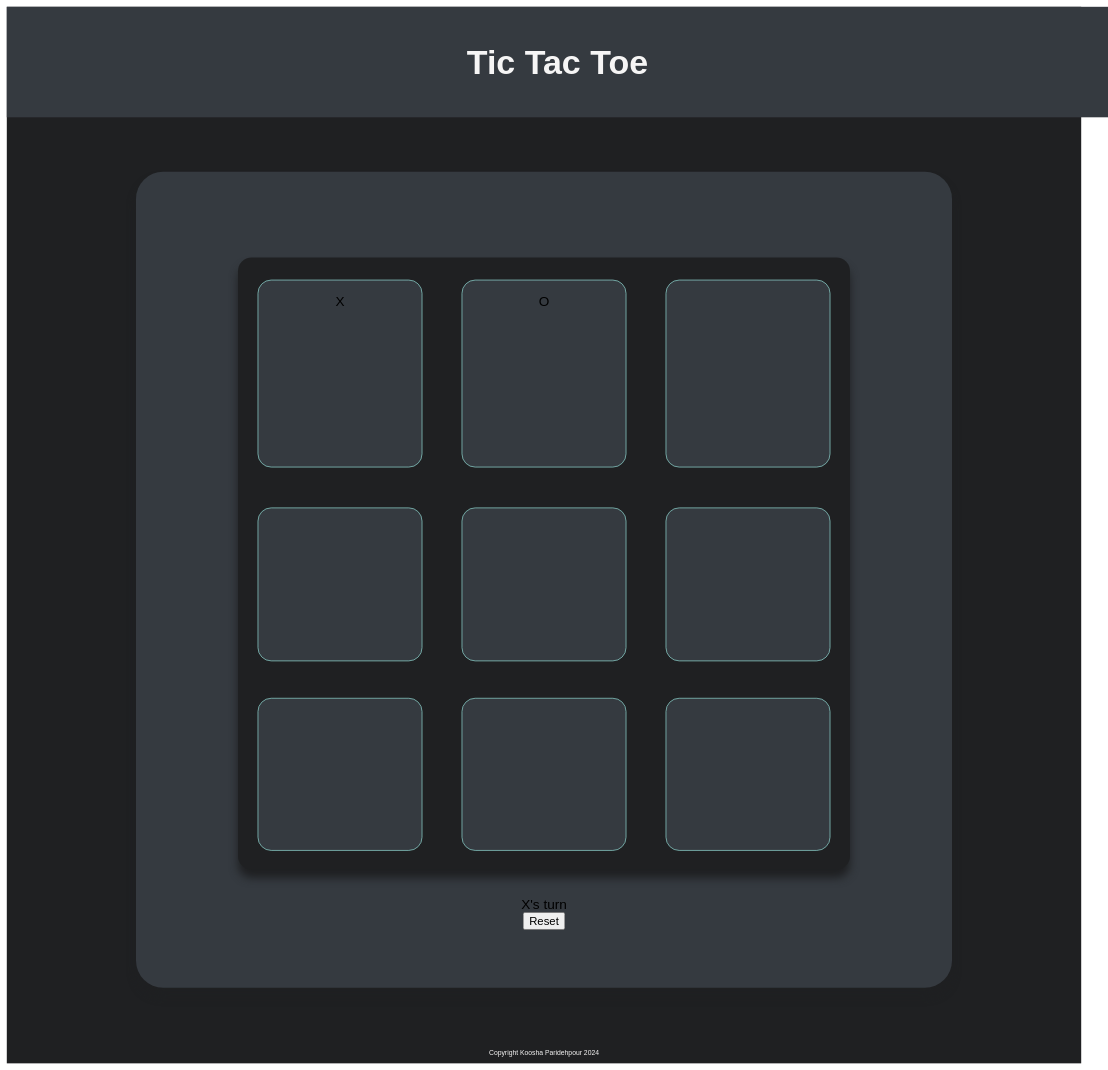
Repository: KooshaPari/odin-TTT
Page: index.html
An editor plug-in stored every save of this project. The page is shown before and after a run of saves, followed by the edit.
The browser window is 1280 px wide. The page is 1304 px wide, so the pictures cover 1304 px, including what lies to the right of the window. The pictures show the whole page, at 85% of full size.

Above is the page before, as saved 2024-03-14 22:57:12.

### index.html
<!doctype html>
<html lang="en">
  <head>
    <meta charset="UTF-8" />

    <link rel="stylesheet" href="./style.css" />
    <meta name="viewport" content="width=device-width, initial-scale=1.0" />
    <title>Document</title>
  </head>
  <body>
    <div id="parent">
      <div id="header">
        <h1>Tic Tac Toe</h1>
      </div>
      <div id="body">
        <div id="game">
          <div id="board">
            <div class="square" id="0"><p>X</p></div>
            <div class="square" id="1"><p>O</p></div>
            <div class="square" id="2"></div>
            <div class="square" id="3"></div>
            <div class="square" id="4"></div>
            <div class="square" id="5"></div>
            <div class="square" id="6"></div>
            <div class="square" id="7"></div>
            <div class="square" id="8"></div>
          </div>
          <div id="status">X's turn</div>
          <button id="reset">Reset</button>
        </div>
      </div>
      <div id="footer">
        <p>Copyright Koosha Paridehpour 2024</p>
      </div>
    </div>
  </body>
</html>

### style.css
* {
  font-family: sans-serif;
}
#parent {
  background-color: #1f2022;
  width: 100%;
  height: 100%;
}
#header {
  background-color: #353a40;
  padding: 1.25%;
  width: 100%;
  height: 100%;
}
#header h1 {
  color: #f6f5f5;

  font-size: 2.5em;
}
#footer p {
  color: #f6f5f5;
  font-size: 0.5em;
}

#header,
#footer,
#body {
  display: flex;
  align-items: center;
  justify-content: center;
}
#title {
  color: #f6f5f5;
}
#body {
  flex-direction: column;
}
#game {
  transition: 2.5s ease-in-out;
  display: flex;
  flex-direction: column;
  justify-content: center;
  align-items: center;
  background-color: #353a40;
  border-radius: 2em;
  margin: 5vw;
  box-shadow: 0px 10px 10px #1f2022;
  width: 75vw;
  height: 75vw;
  -webkit-border-radius: 2em;
  -moz-border-radius: 2em;
  -ms-border-radius: 2em;
  -o-border-radius: 2em;
  -webkit-transition: 2.5s ease-in-out;
  -moz-transition: 2.5s ease-in-out;
  -ms-transition: 2.5s ease-in-out;
  -o-transition: 2.5s ease-in-out;
}
#board {
  display: grid;
  grid-template-columns: 1fr 1fr 1fr;
  width: 75%;
  transition: 1s ease-in-out;
  height: 75%;
  background-color: #1f2022;
  border-radius: 1em;
  margin: 2em;

  align-items: center;
  justify-content: center;
  box-shadow: 0px 10px 10px #1f2022;
  -webkit-border-radius: 1em;
  -moz-border-radius: 1em;
  -ms-border-radius: 1em;
  -o-border-radius: 1em;
  -webkit-transition: 1s ease-in-out;
  -moz-transition: 1s ease-in-out;
  -ms-transition: 1s ease-in-out;
  -o-transition: 1s ease-in-out;
}
#board:hover {
  transform: scale(1.025) translate(0, -1em);
  transition: 0.5s ease-in-out;
  -webkit-transform: scale(1.025) translate(0, -1em);
  -moz-transform: scale(1.025) translate(0, -1em);
  -ms-transform: scale(1.025) translate(0, -1em);
  -o-transform: scale(1.025) translate(0, -1em);
  -webkit-transition: 0.5s ease-in-out;
  -moz-transition: 0.5s ease-in-out;
  -ms-transition: 0.5s ease-in-out;
  -o-transition: 0.5s ease-in-out;
}
#game:hover {
  transform: scale(1.05) translate(0, -0.5em);
  transition: 10s ease-in-out;
  -webkit-transform: scale(1.05) translate(0, -0.5em);
  -moz-transform: scale(1.05) translate(0, -0.5em);
  -ms-transform: scale(1.05) translate(0, -0.5em);
  -o-transform: scale(1.05) translate(0, -0.5em);
  -webkit-transition: 10s ease-in-out;
  -moz-transition: 10s ease-in-out;
  -ms-transition: 10s ease-in-out;
  -o-transition: 10s ease-in-out;
}
.square {
  justify-self: center;
  border: 0.1px solid #7ebab5;
  width: 80%;
  border-radius: 1em;
  height: 80%;
  background-color: #353a40;
  text-align: center;
}
.square p {
}

After the next 2 saves:
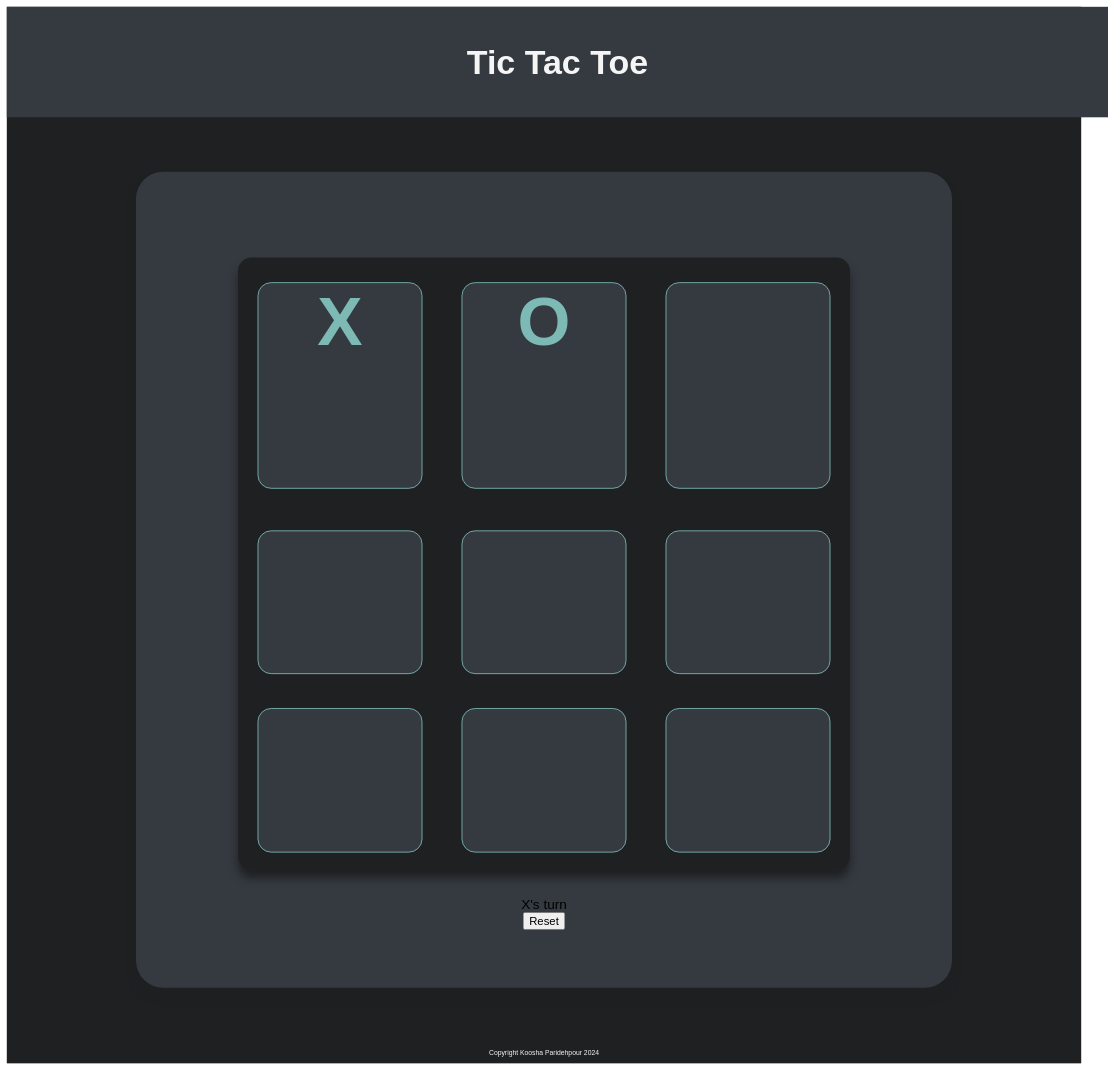
The 2 saves are shown as one change because they came seconds apart.
The last was saved 14 s later.
--- a/style.css
+++ b/style.css
@@ -112,4 +112,9 @@
   text-align: center;
 }
 .square p {
+  font-size: 5em;
+  color: #7ebab5;
+  font-weight: bold;
+  padding: 0;
+  margin: 0;
 }
